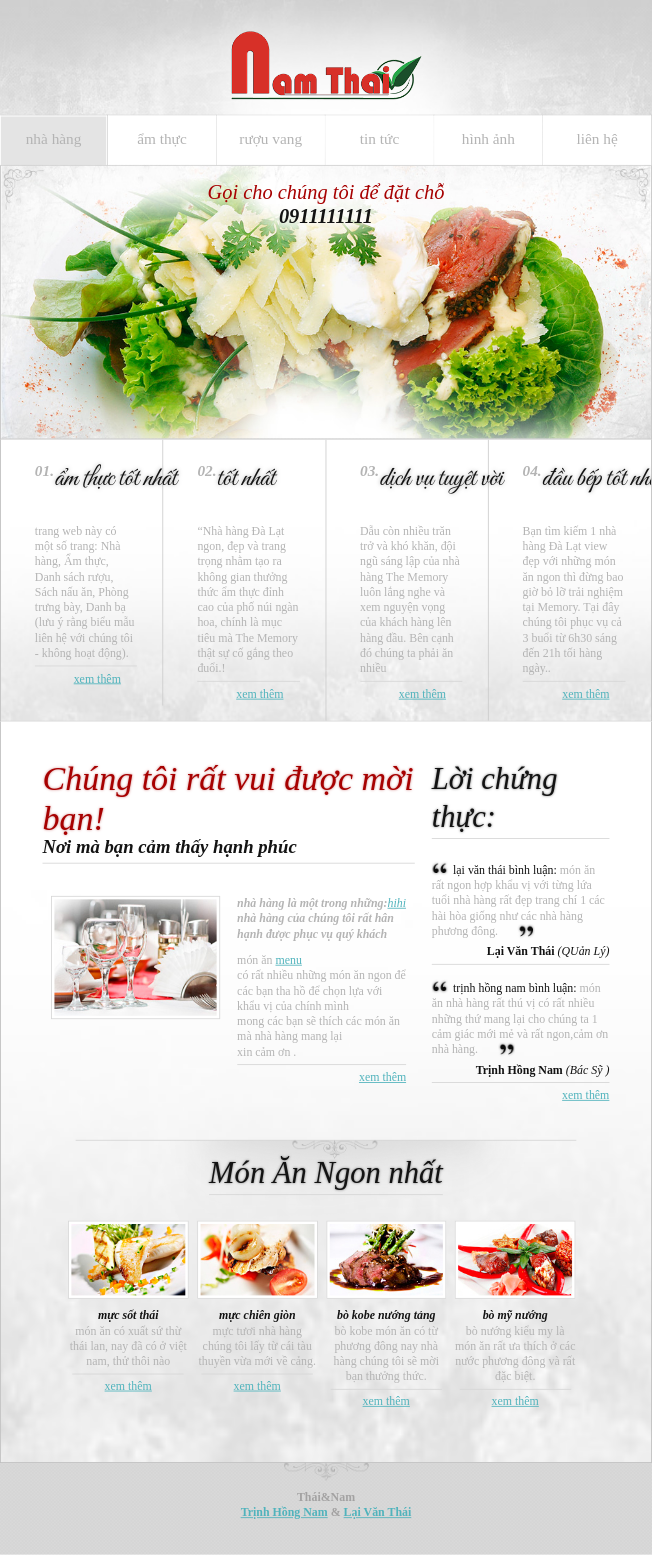
Repository: thaiLVT/DoAnThucTapNamThai
Page: index.html
The author's editor kept a copy of each file at every save. The page is drawn from the files as they stood at one save, then again after the next save.
The browser window is 767 px wide. The pictures show the whole page, at 85% of full size.

Above is the page before, as saved 2022-04-25 01:18:36.

After the next save:
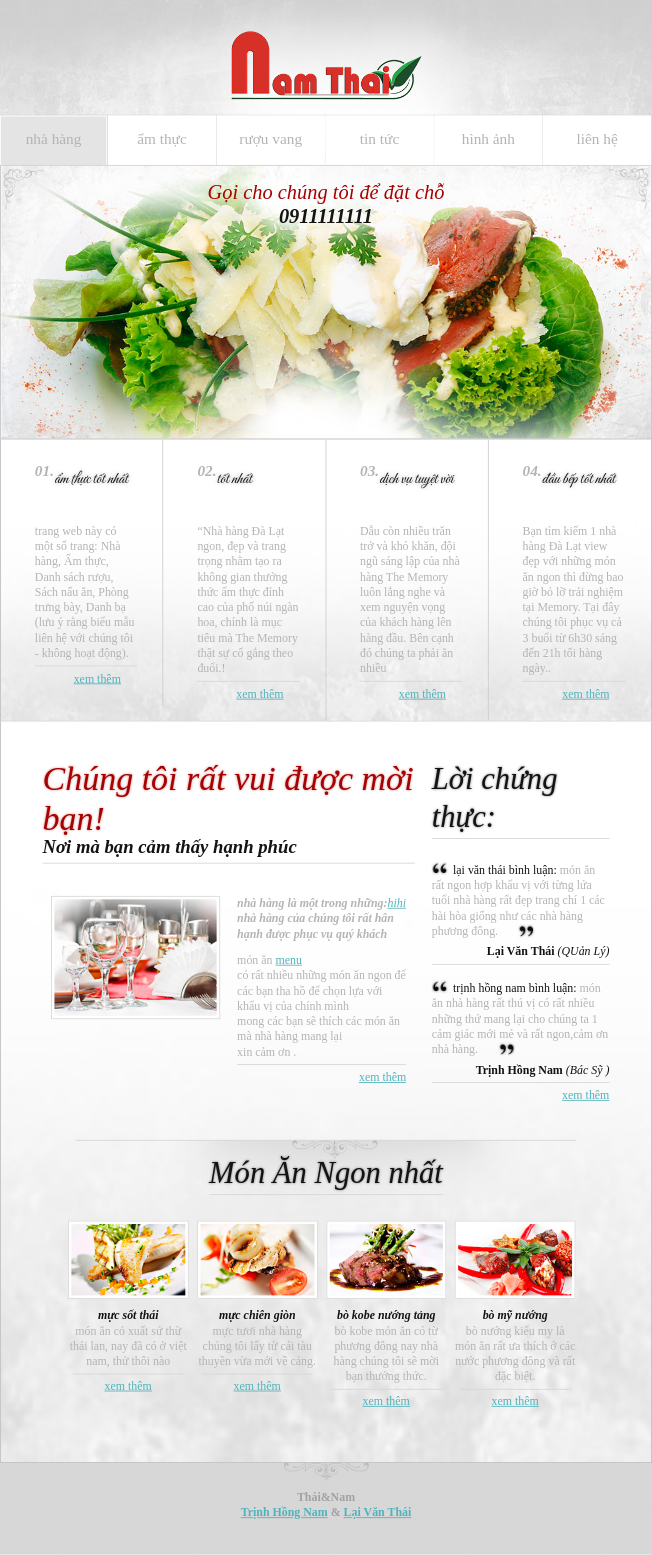
Saved 21 s later.
--- a/css/zerogrid.css
+++ b/css/zerogrid.css
@@ -147,11 +147,17 @@ Author URI: https://www.zerotheme.com/
     .zerogrid {
         width: 100%;
     }
+    .text-1 {
+        font-size: 1.2rem !important;
+    }
 }
 
 @media only screen and (min-width: 620px) and (max-width: 767px) {
     .zerogrid {
         width: 100%;
+    }
+    .text-1 {
+        font-size: 1.2rem !important;
     }
 }
 
